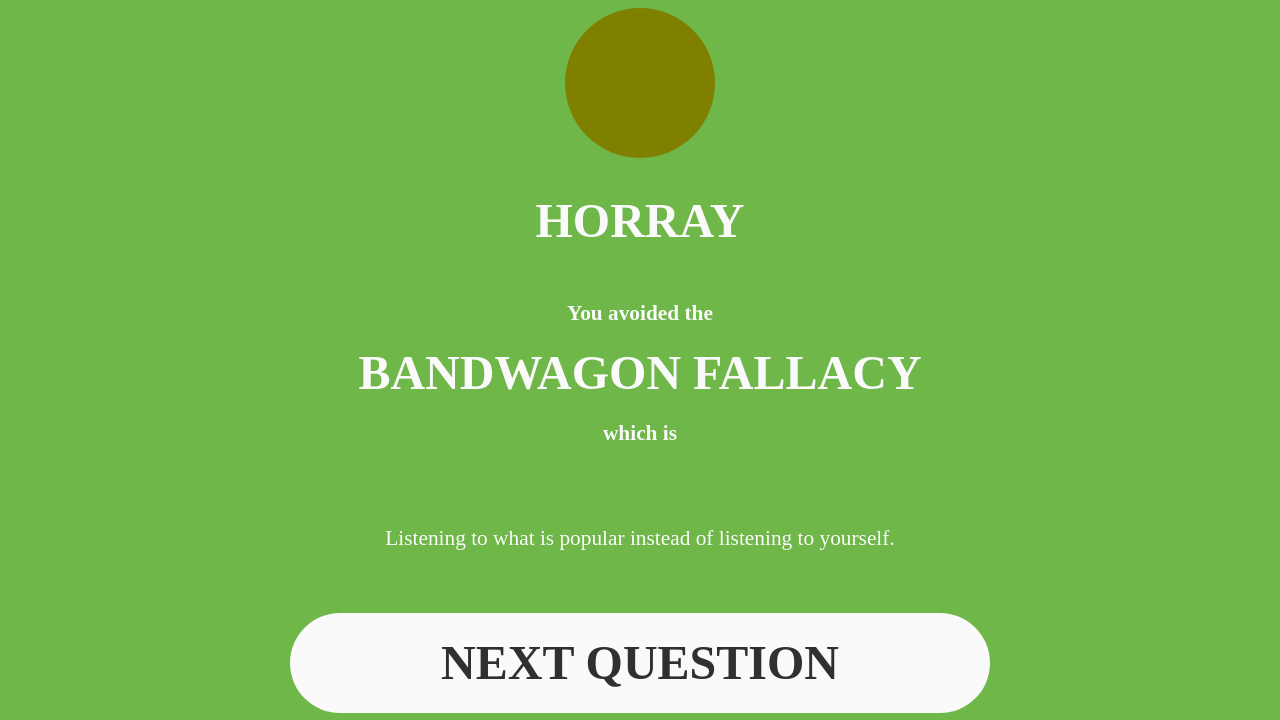
Repository: cindyvunguyen/fallacy
Page: index.html
An editor plug-in stored every save of this project. The page is shown before and after the next save, followed by the edit.
The browser window is 1280 px wide. The pictures show the whole page.
Some web fonts or font styles are not loaded; a fallback is used.

Above is the page before, as saved 2020-03-12 16:27:16.

### index.html
<!DOCTYPE html>
<html lang="en">
<head>
    <meta charset="UTF-8">
    <meta name="viewport" content="width=device-width, initial-scale=1.0">
    <title>FALLACIES</title>
    <link href="style.css" rel="stylesheet" type="text/css">
</head>
<body>
    <div id="app">

        <!-- CINDY START -->

        <div id="home-page"></div>

        <div id="lets-start-page"></div>

        <div id="question-page"></div>

        <!-- CINDY END -->

        <!-- SOPHIA START -->

        <div id="correct-page">
            <div id="correct-icon"></div>
            <div id="cp-text1">HORRAY</div>
            <div id="cp-a-outcome">
                <div id="cp-text2">You avoided the</div>
                <div id="cp-fallacy">BANDWAGON FALLACY</div>
                <div id="cp-text2">which is</div>
            </div>
            <div id="cp-definition">Listening to what is popular instead of listening to yourself.</div>
            <button class="white-button">NEXT QUESTION</button>
        </div>

        <div id="incorrect-page"></div>

        <!-- the two above pages technically have the same HTML. so you can only have 1 div and change the CSS through JS. it's entirely up to you. -->

        <div id="results-page"></div>

        <div id="game-over-page"></div>

        <!-- the two above pages technically have the same HTML, so you can only have 1 div and change the CSS through JS. it's entirely up to you. -->

        <!-- SOPHIA END -->

        <!-- CHLOE START -->

        <div id="review-page"></div>

        <div id="review2-page"></div>

        <div id="fallacy-review-page"></div>

        <div id="three-fallacies-page"></div>
        <!-- change the page's content with JS to show all three fallacies when clicked -->

        <!-- CHLOE END -->
        <script src="js.js"></script>
    </div>
</body>
</html>

### style.css
body {
    margin: 0;
}

#app {
    width: 100vw;
    height: 100vh;
    font-family: Visby;
    background-color: #468091;
    color: #FAFAFA;
}

@font-face {
    font-family: Visby;
    src: url(fonts/VisbyRoundCF-Regular.otf) format("woff");
}

@font-face {
    font-family: Visby;
    src: url(fonts/VisbyRoundCF-ExtraBold.otf) format("woff");
    font-weight: bold;
}

.pink-button {
    height: 100px;
    width: 700px;
    background-color: #ed2265;
    border: 0px;
    border-radius: 75px;
    font-family: Visby;
    font-weight: bold;
    font-size: 36pt;
    color: #FAFAFA;
    outline: 0;
}

.pink-button:active {
    background-color: #9c1542;
}

.white-button {
    height: 100px;
    width: 700px;
    background-color: #FAFAFA;
    border: 0px;
    border-radius: 75px;
    font-family: Visby;
    font-weight: bold;
    font-size: 36pt;
    color: #303030;
    outline: 0;
}

.white-button:active {
    background-color: #9e9e9e;
}

.grey-button {
    height: 100px;
    width: 700px;
    background-color: #303030;
    border: 0px;
    border-radius: 75px;
    font-family: Visby;
    font-weight: bold;
    font-size: 36pt;
    color: #FAFAFA;
    outline: 0;
}

.grey-button:active {
    background-color: #000000;
}

/* CINDY START */

/* CINDY END */

/* SOPHIA START */
#correct-page {
    width: 100vw;
    height: 100vh;
    display: flex;
    /* display: none; */
    flex-direction: column;
    align-items: center;
    justify-content: center;
    background-color: #6eb748; /* incorrect, change to #860000*/
}

#correct-icon {
    background-color: olive;
    width: 150px;
    height: 150px;
    border-radius: 50%;
}

#cp-text1 {
    font-size: 36pt;
    font-weight: bold;
    padding: 35px 0;
}

#cp-text2 {
    font-size: 16pt;
    font-weight: bold;
}

#cp-fallacy {
    font-size: 36pt;
    font-weight: bold;
}

#cp-definition {
    font-size: 16pt;
    line-height: 150px;
}

#cp-a-outcome {
    line-height: 60px;
    display: flex;
    flex-direction: column;
    align-items: center;
    justify-content: center;
}

#incorrect-page {
    width: 100vw;
    height: 100vh;
    /* display: flex; */
    display: none;
    flex-direction: column;
    align-items: center;
    justify-content: center;
    background-color: #860000;
}

#incorrect-icon {
    background-color: olive;
    width: 150px;
    height: 150px;
    border-radius: 50%;
}

#ip-text1 {
    font-size: 36pt;
    font-weight: bold;
    padding: 50px 0;
}

#ip-text2 {
    font-size: 16pt;
    font-weight: bold;
}

#ip-fallacy {
    font-size: 36pt;
    font-weight: bold;
}

#ip-definition {
    font-size: 16pt;
    line-height: 150px;
}

#ip-a-outcome {
    line-height: 25px;
    display: flex;
    flex-direction: column;
    align-items: center;
    justify-content: center;
}

/* SOPHIA END */

/* CHLOE START */

/* CHLOE END */

Loaded but not shown: js.js (no copy from this time; the picture is the same without it)

After the next save:
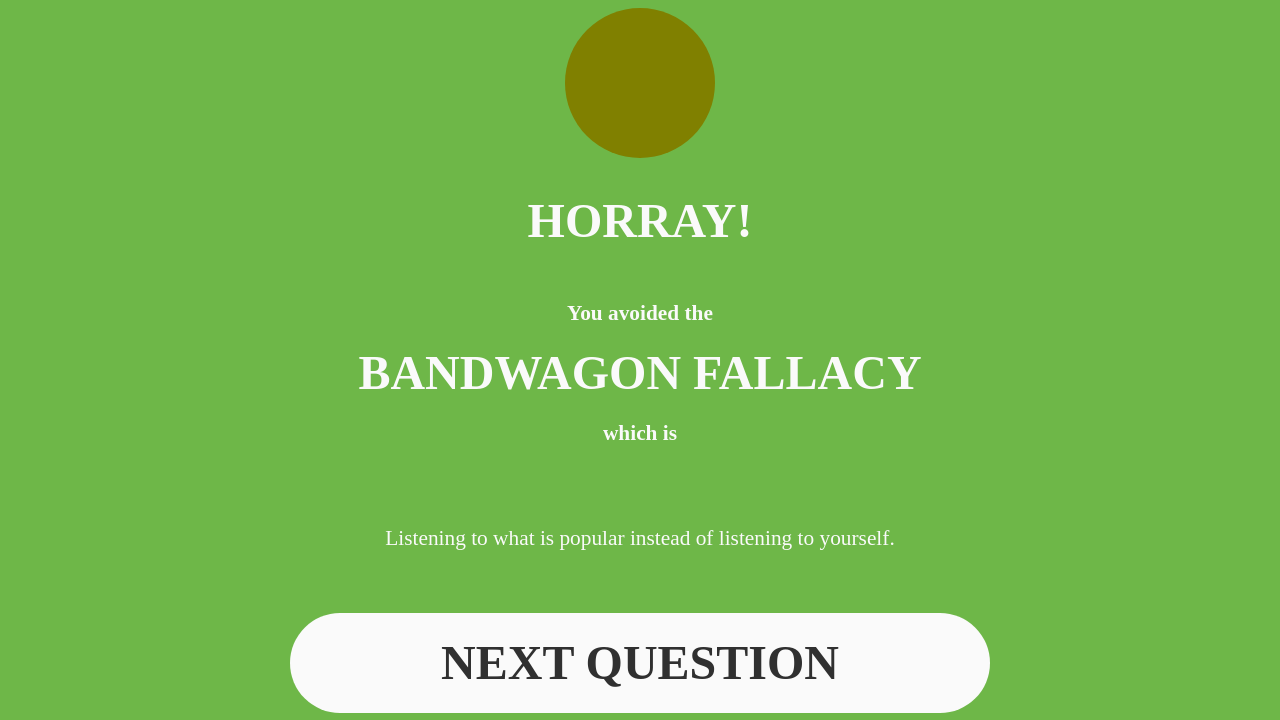
Saved 21 s later.
--- a/index.html
+++ b/index.html
@@ -23,7 +23,7 @@
 
         <div id="correct-page">
             <div id="correct-icon"></div>
-            <div id="cp-text1">HORRAY</div>
+            <div id="cp-text1">HORRAY!</div>
             <div id="cp-a-outcome">
                 <div id="cp-text2">You avoided the</div>
                 <div id="cp-fallacy">BANDWAGON FALLACY</div>
